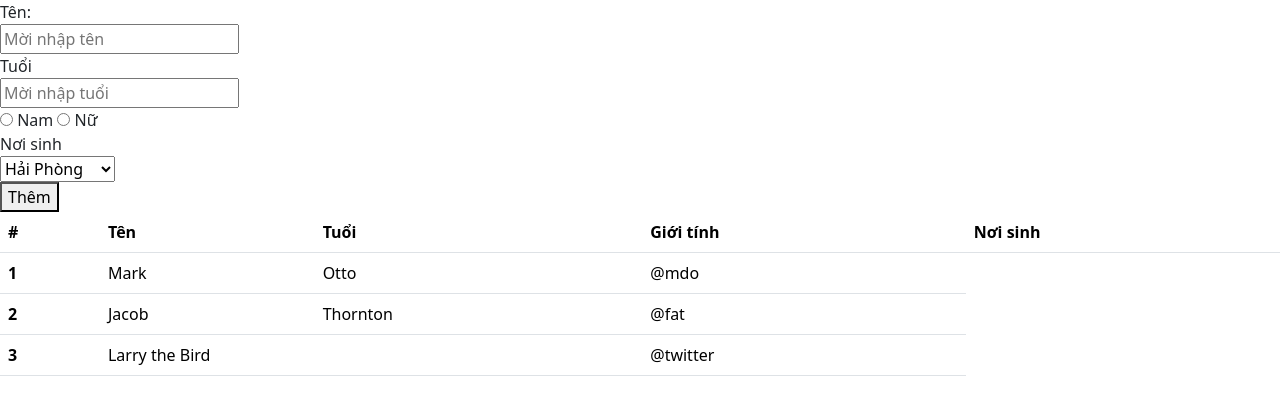
Repository: HieuNT-2001/JAVA-3---SOF203
Page: http://localhost/HocJava4/FormServlet
These files come from the project's save history. The page is drawn as it stood at one moment and after the next save; the edit follows.
The browser window is 1280 px wide. The pictures show the whole page.
The page is served by Tomcat 10.

Above is the page before, as saved 2024-09-28 04:26:23.

After the next save:
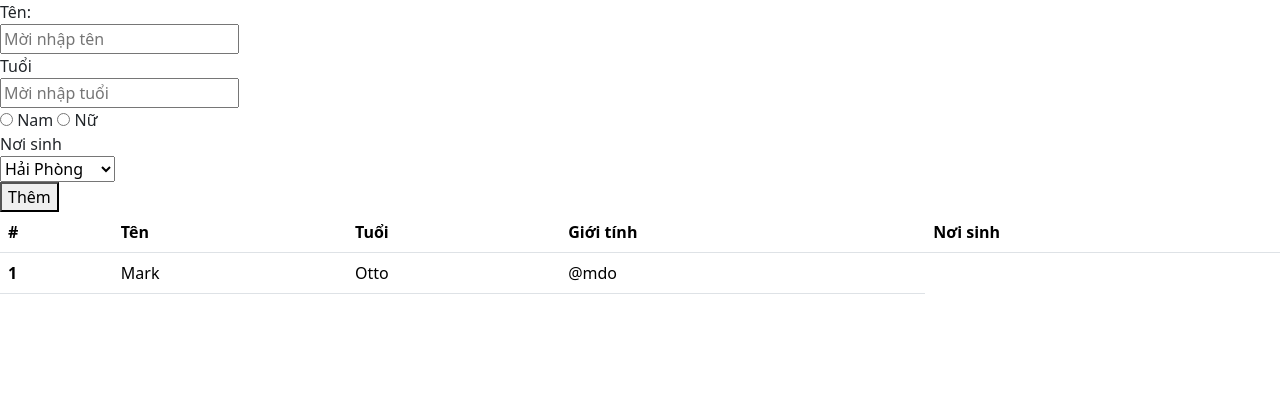
Saved 2 days later.
--- a/HocJava4/src/main/webapp/views/Form.jsp
+++ b/HocJava4/src/main/webapp/views/Form.jsp
@@ -69,17 +69,6 @@
 				<td>Otto</td>
 				<td>@mdo</td>
 			</tr>
-			<tr>
-				<th scope="row">2</th>
-				<td>Jacob</td>
-				<td>Thornton</td>
-				<td>@fat</td>
-			</tr>
-			<tr>
-				<th scope="row">3</th>
-				<td colspan="2">Larry the Bird</td>
-				<td>@twitter</td>
-			</tr>
 		</tbody>
 	</table>
 

After the save that followed:
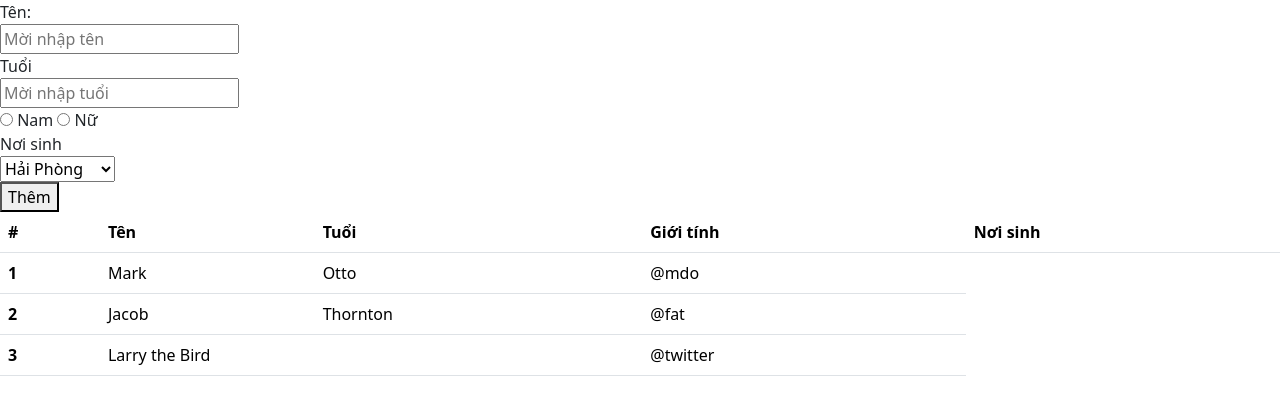
Saved 42 s later.
--- a/HocJava4/src/main/webapp/views/Form.jsp
+++ b/HocJava4/src/main/webapp/views/Form.jsp
@@ -69,6 +69,17 @@
 				<td>Otto</td>
 				<td>@mdo</td>
 			</tr>
+			<tr>
+				<th scope="row">2</th>
+				<td>Jacob</td>
+				<td>Thornton</td>
+				<td>@fat</td>
+			</tr>
+			<tr>
+				<th scope="row">3</th>
+				<td colspan="2">Larry the Bird</td>
+				<td>@twitter</td>
+			</tr>
 		</tbody>
 	</table>
 
